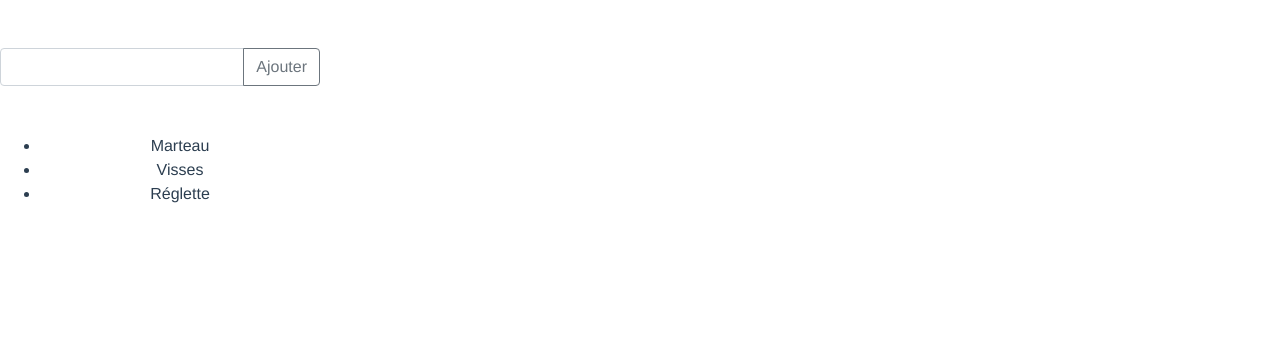
Repository: corentin-e-student/test-vue
Page: /
An editor plug-in stored every save of this project. The page is shown before and after the next save, followed by the edit.
The browser window is 1280 px wide. The pictures show the whole page.
The project was rebuilt for these pictures with package versions that can differ from the ones it lists, and the page was loaded fresh each time. Also part of the build but not shown: vue.config.js.

Above is the page before, as saved 2023-02-28 16:03:32.

### src/main.js
import Vue from 'vue'
import App from './App.vue'
import router from './router'
import store from './store'
import { BootstrapVue } from 'bootstrap-vue'

import 'bootstrap/dist/css/bootstrap.css'
import 'bootstrap-vue/dist/bootstrap-vue.css'

Vue.use(BootstrapVue)
Vue.config.productionTip = false

new Vue({
  router,
  store,
  render: h => h(App)
}).$mount('#app')

### src/views/HomeView.vue
<template>
  <div>
    <TodoList/>
  </div>
</template>

<script>
// @ is an alias to /src
import TodoList from '@/components/TodoList.vue'

export default {
  name: 'HomeView',
  components: {
    TodoList,
  }
}
</script>

### src/components/TodoList.vue
<template>
    <div id="app-1">
        <b-input-group class="w-25 mt-5">
        <b-form-input type="texte"></b-form-input>
        <b-input-group-append>
            <b-button variant="outline-secondary">Ajouter</b-button>
        </b-input-group-append>
        </b-input-group>
        <ul class="w-25 mt-5">
            <li v-for="{id, name} in toolList" :key="id">{{ name }}</li>
        </ul>
    </div>
  </template>
  <script>

    export default {
        name: 'TotoList',
        data: () => ({
            toolList: [
            { id: 0, name: 'Marteau' },
            { id: 1, name: 'Visses' },
            { id: 2, name: 'Réglette' }
            ]
        })
    }
  </script>

Loaded but not shown: public/index.html (common file); src/App.vue (common file); src/router/index.js (common file); src/store/index.js (no copy from this time; the picture is the same without it)

After the next save:
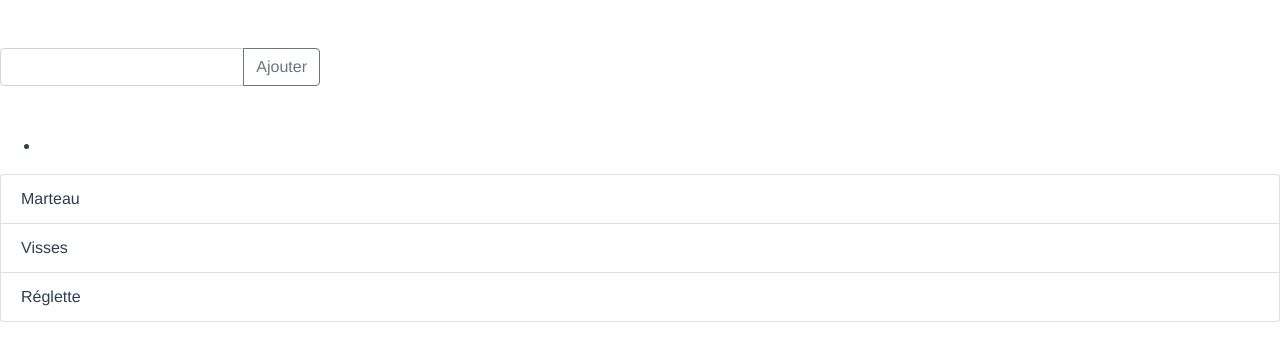
Saved 69 s later.
--- a/src/components/TodoList.vue
+++ b/src/components/TodoList.vue
@@ -7,8 +7,13 @@
         </b-input-group-append>
         </b-input-group>
         <ul class="w-25 mt-5">
-            <li v-for="{id, name} in toolList" :key="id">{{ name }}</li>
+            <li ></li>
         </ul>
+        <b-list-group>
+            <b-list-group-item class="d-flex justify-content-between align-items-center" v-for="{id, name} in toolList" :key="id">
+                {{ name }}
+            </b-list-group-item>
+        </b-list-group>
     </div>
   </template>
   <script>
